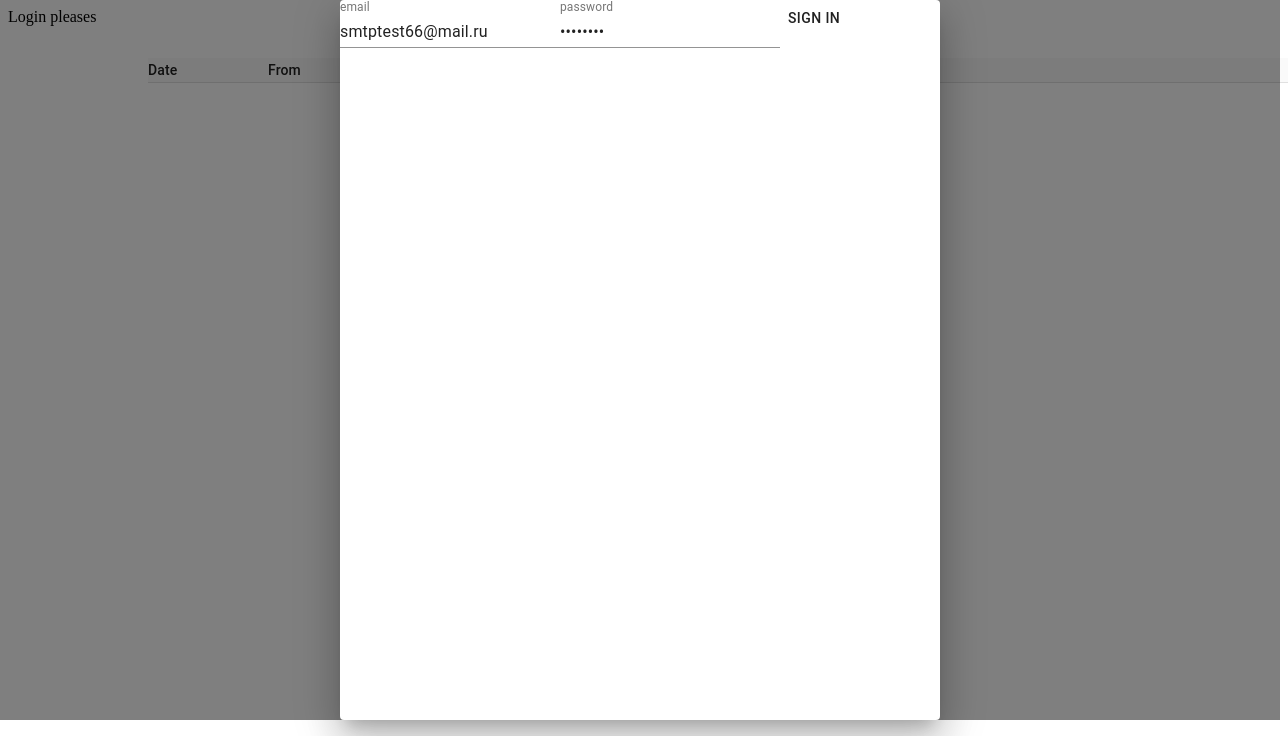
Repository: atakhanovrodion/mailclient
Page: / (app in client/)
An editor plug-in stored every save of this project. The page is shown before and after the next save, followed by the edit.
The browser window is 1280 px wide. The page is 1288 px wide, so the pictures cover 1288 px, including what lies to the right of the window. The pictures show the whole page.
The project was rebuilt for these pictures with package versions that can differ from the ones it lists, and the page was loaded fresh each time. Also part of the build but not shown: client/webpack.config.js.

Above is the page before, as saved 2021-03-16 09:47:51.

After the next save:
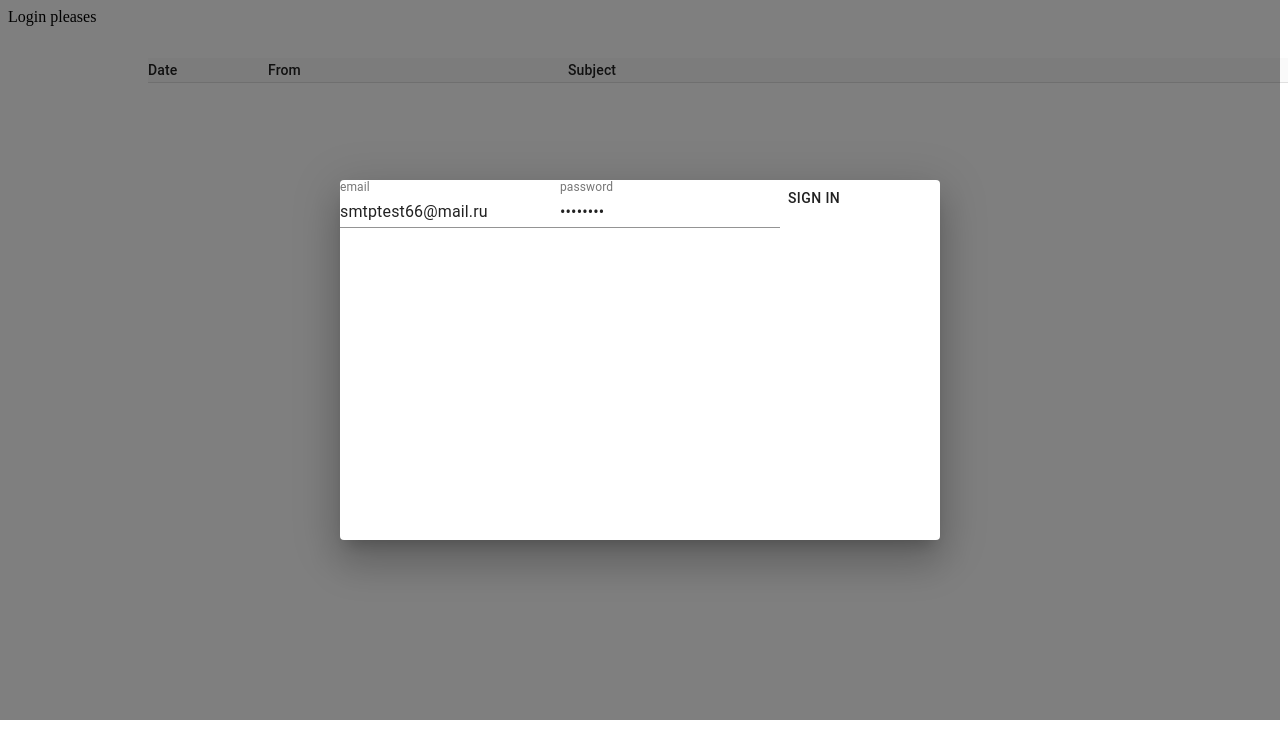
Saved 13 s later.
--- a/client/src/components/Login.tsx
+++ b/client/src/components/Login.tsx
@@ -15,7 +15,7 @@ type Props = {
 
 const styles = {
   dialogPaper: {
-    minHeight: "100vh",
+    minHeight: "50vh",
     maxHeight: "80vh",
   },
 };
